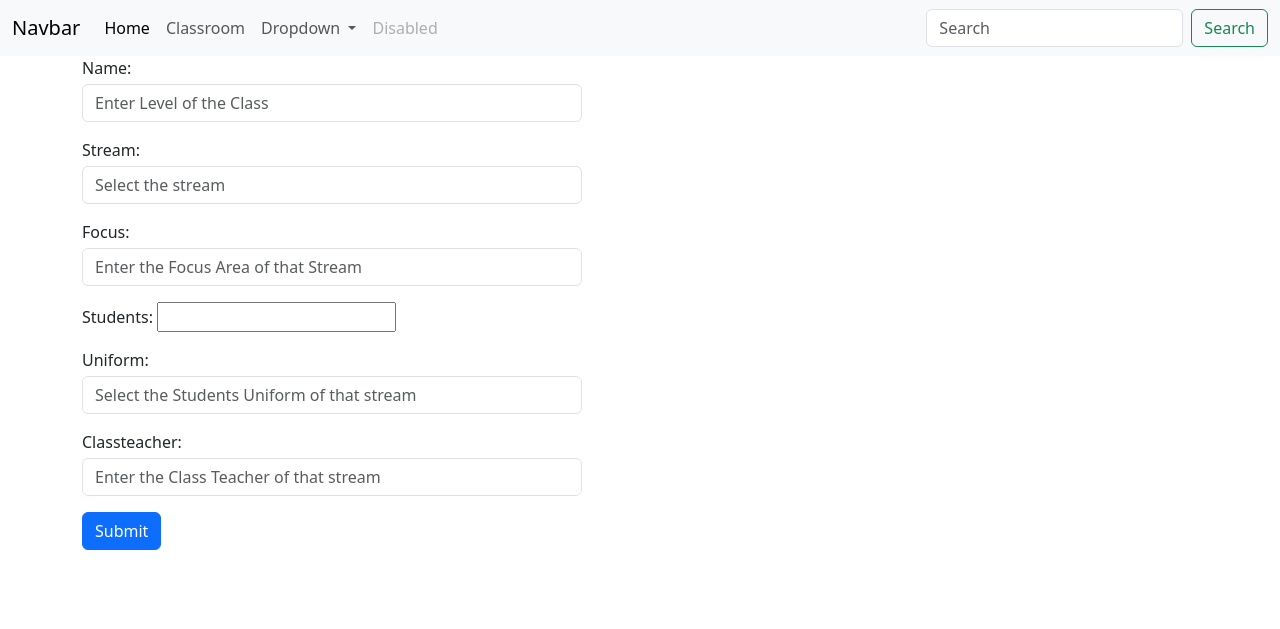
Repository: Mbote-Joseph/Django-Recap
Page: http://localhost/classroom/add
An editor plug-in stored every save of this project. The page is shown before and after the next save, followed by the edit.
The browser window is 1280 px wide. The pictures show the whole page.
The page is served by the project's application, run on Django 5.2 (manage.py). Other server files are loaded and not shown.

Above is the page before, as saved 2025-12-15 21:35:07.

### school/classroom/templates/classroom/classroomform.html
{% extends 'base.html' %}

{% block content %}

<div class="container">
    <form method="post">
        {% csrf_token %}
        {{ form.as_p }}
        <button type="submit" class="btn btn-primary">Submit</button>
    </form>
</div>

{% endblock %}

### school/static/templates/base.html
<!doctype html>
<html lang="en">
  <head>
    <meta charset="utf-8">
    <meta name="viewport" content="width=device-width, initial-scale=1">
    <title> {{title}}</title>
    <link href="https://cdn.jsdelivr.net/npm/bootstrap@5.3.8/dist/css/bootstrap.min.css" rel="stylesheet" integrity="sha384-sRIl4kxILFvY47J16cr9ZwB07vP4J8+LH7qKQnuqkuIAvNWLzeN8tE5YBujZqJLB" crossorigin="anonymous">
  </head>
  <body>
    <nav class="navbar navbar-expand-lg bg-body-tertiary">
      <div class="container-fluid">
        <a class="navbar-brand" href="{% url 'home' %}" >Navbar</a>
        <button class="navbar-toggler" type="button" data-bs-toggle="collapse" data-bs-target="#navbarSupportedContent" aria-controls="navbarSupportedContent" aria-expanded="false" aria-label="Toggle navigation">
          <span class="navbar-toggler-icon"></span>
        </button>
        <div class="collapse navbar-collapse" id="navbarSupportedContent">
          <ul class="navbar-nav me-auto mb-2 mb-lg-0">
            <li class="nav-item">
              <a class="nav-link active" aria-current="page" href="{% url 'home' %}">Home</a>
            </li>
            <li class="nav-item">
              <a class="nav-link" href="{% url 'classroom' %}" >Classroom</a>
            </li>
            <li class="nav-item dropdown">
              <a class="nav-link dropdown-toggle" href="#" role="button" data-bs-toggle="dropdown" aria-expanded="false">
                Dropdown
              </a>
              <ul class="dropdown-menu">
                <li><a class="dropdown-item" href="#">Action</a></li>
                <li><a class="dropdown-item" href="#">Another action</a></li>
                <li><hr class="dropdown-divider"></li>
                <li><a class="dropdown-item" href="#">Something else here</a></li>
              </ul>
            </li>
            <li class="nav-item">
              <a class="nav-link disabled" aria-disabled="true">Disabled</a>
            </li>
          </ul>
          <form class="d-flex" role="search">
            <input class="form-control me-2" type="search" placeholder="Search" aria-label="Search"/>
            <button class="btn btn-outline-success" type="submit">Search</button>
          </form>
        </div>
      </div>
    </nav>
    {% block content%}


    {% endblock %}


    <script src="https://cdn.jsdelivr.net/npm/bootstrap@5.3.8/dist/js/bootstrap.bundle.min.js" integrity="sha384-FKyoEForCGlyvwx9Hj09JcYn3nv7wiPVlz7YYwJrWVcXK/BmnVDxM+D2scQbITxI" crossorigin="anonymous"></script>
  </body>
</html>

### school/classroom/forms.py
# Copyright 2025 josephmbote
#
# Licensed under the Apache License, Version 2.0 (the "License");
# you may not use this file except in compliance with the License.
# You may obtain a copy of the License at
#
#     https://www.apache.org/licenses/LICENSE-2.0
#
# Unless required by applicable law or agreed to in writing, software
# distributed under the License is distributed on an "AS IS" BASIS,
# WITHOUT WARRANTIES OR CONDITIONS OF ANY KIND, either express or implied.
# See the License for the specific language governing permissions and
# limitations under the License.

from django import forms
from .models import ClassRoom

class ClassroomForm(forms.ModelForm):
    class Meta:
        model = ClassRoom
        fields = ('name', 'stream','focus','students', 'uniform', 'classteacher')
        widgets = {
            'name': forms.TextInput(attrs={"class": "form-control my-1", 'placeholder': 'Enter Level of the Class', 'style': 'max-width:500px'}),
            'stream': forms.TextInput(attrs={"class": "form-control my-1", 'placeholder': 'Select the stream', 'style':'max-width:500px'}),
            'focus': forms.TextInput(attrs={'class':'form-control my-1', 'placeholder':'Enter the Focus Area of that Stream', 'style':'max-width:500px'}),
            'uniform': forms.TextInput(attrs={
                'class': 'form-control my-1',
                'placeholder': 'Select the Students Uniform of that stream',
                'style': 'max-width:500px'
            }),
            'classteacher': forms.TextInput(attrs={
                'class': 'form-control my-1',
                'placeholder': 'Enter the Class Teacher of that stream',
                'style': 'max-width:500px'
            })
        }

### school/classroom/models.py
from django.db import models

# Create your models here.
class ClassRoom(models.Model):
    FOCUS_AREA = {
        ('Sciences', 'Sciences'),
        ('Sports', 'Sports'),
        ('Languages', 'Languages'),
    }

    STREAM = {
        ('Red', 'Red'),
        ('Green', 'Green'),
        ('Blue', 'Blue'),
        ('Yellow', 'Yellow'),
    }
    COLOR = {
        ('Black', 'Black'),
        ('Grey', 'Grey'),
        ('White', 'White')
    }
    name = models.CharField(max_length=100)
    stream = models.CharField(max_length=100, choices= STREAM)
    focus = models.CharField(max_length=100, choices=FOCUS_AREA)
    students = models.IntegerField()
    uniform = models.CharField(max_length=100, choices=COLOR)
    classteacher = models.CharField(max_length=100)

### school/classroom/views.py
from django.shortcuts import render
from django.views.generic import ListView, DetailView, CreateView, UpdateView, TemplateView, DeleteView
from django import template
# Create your views here.
from classroom.forms import ClassroomForm
from classroom.models import ClassRoom

# class ClassRoomView(TemplateView):
#     template_name = "classroom/classroom.html"
#     extra_context = {
#         'title': 'Classroom Page'
#     }

class ClassroomListView(ListView):
    model = ClassRoom
    context_object_name = 'classrooms'
    template_name = 'classroom/classroom.html'
    extra_context = {
        'title': 'Classroom Page'
    }

class ClassRoomDetailsView(DetailView):
    model = ClassRoom
    context_object_name = 'classroom'
    template_name = 'classroom/classroomdetails.html'
    extra_context = {
        'title': 'Classroom Details'
    }

class ClassroomCreate(CreateView):
    model = ClassRoom
    form_class = ClassroomForm
    template_name = "classroom/classroomform.html"
    success_url = "/classroom"
    extra_context = {
        'title': "Classroom Data Form"
    }


class ClassroomEdit(UpdateView):
    model = ClassRoom
    form_class = ClassroomForm
    # context_object_name = 'classroom'
    template_name = "classroom/classroomform.html"
    success_url = "/classroom"
    extra_context = {
        'title': "Classroom Data Form"
    }

class ClassroomDelete(DeleteView):
    model = ClassRoom
    context_object_name = 'classroom'
    template_name = 'classroom/classroom_confirm_delete.html'
    extra_context = {
        'title': 'Classroom Delete Page'
    }
    success_url = "/classroom"

### school/school/urls.py
"""
URL configuration for school project.

The `urlpatterns` list routes URLs to views. For more information please see:
    https://docs.djangoproject.com/en/6.0/topics/http/urls/
Examples:
Function views
    1. Add an import:  from my_app import views
    2. Add a URL to urlpatterns:  path('', views.home, name='home')
Class-based views
    1. Add an import:  from other_app.views import Home
    2. Add a URL to urlpatterns:  path('', Home.as_view(), name='home')
Including another URLconf
    1. Import the include() function: from django.urls import include, path
    2. Add a URL to urlpatterns:  path('blog/', include('blog.urls'))
"""
from django.contrib import admin
from django.urls import path, include


urlpatterns = [
    path('admin/', admin.site.urls),
    path('home', include('home.urls')),
    path('classroom', include('classroom.urls'))

]

### school/home/urls.py
# Copyright 2025 josephmbote
#
# Licensed under the Apache License, Version 2.0 (the "License");
# you may not use this file except in compliance with the License.
# You may obtain a copy of the License at
#
#     https://www.apache.org/licenses/LICENSE-2.0
#
# Unless required by applicable law or agreed to in writing, software
# distributed under the License is distributed on an "AS IS" BASIS,
# WITHOUT WARRANTIES OR CONDITIONS OF ANY KIND, either express or implied.
# See the License for the specific language governing permissions and
# limitations under the License.

from django.urls import path
from .views import HomeView
urlpatterns = [
    path('', HomeView.as_view(), name="home")
]

### school/classroom/urls.py
from classroom.views import ClassRoomDetailsView, ClassroomCreate, ClassroomListView
# Copyright 2025 josephmbote
#
# Licensed under the Apache License, Version 2.0 (the "License");
# you may not use this file except in compliance with the License.
# You may obtain a copy of the License at
#
#     https://www.apache.org/licenses/LICENSE-2.0
#
# Unless required by applicable law or agreed to in writing, software
# distributed under the License is distributed on an "AS IS" BASIS,
# WITHOUT WARRANTIES OR CONDITIONS OF ANY KIND, either express or implied.
# See the License for the specific language governing permissions and
# limitations under the License.

from django.urls import path
from .views import ClassroomDelete, ClassroomEdit, ClassroomListView, ClassRoomDetailsView


urlpatterns = [
    path('', ClassroomListView.as_view(), name="classroom" ),
    path('/<int:pk>', ClassRoomDetailsView.as_view(), name="classroom.details"),
    path('/add', ClassroomCreate.as_view(), name ="class.add"),
    path('/<int:pk>/edit', ClassroomEdit.as_view(), name="classroom.edit"),
    path('/<int:pk>/delete', ClassroomDelete.as_view(), name="classroom.delete")
]

After the next save:
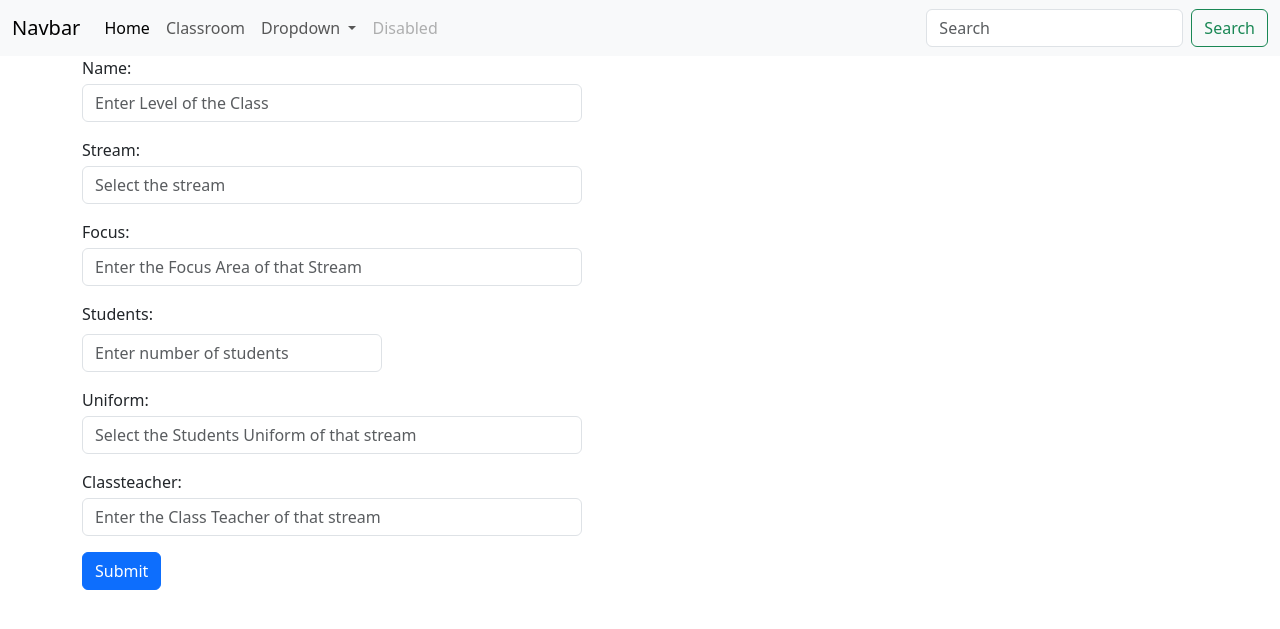
Saved 2 min 12 s later.
--- a/school/classroom/forms.py
+++ b/school/classroom/forms.py
@@ -23,6 +23,13 @@ class ClassroomForm(forms.ModelForm):
             'name': forms.TextInput(attrs={"class": "form-control my-1", 'placeholder': 'Enter Level of the Class', 'style': 'max-width:500px'}),
             'stream': forms.TextInput(attrs={"class": "form-control my-1", 'placeholder': 'Select the stream', 'style':'max-width:500px'}),
             'focus': forms.TextInput(attrs={'class':'form-control my-1', 'placeholder':'Enter the Focus Area of that Stream', 'style':'max-width:500px'}),
+            'students': forms.NumberInput(attrs={
+                'class': 'form-control my-2',
+                'placeholder': 'Enter number of students',
+                'style': 'max-width: 300px;',
+                'min': 1,
+                'max': 60
+            }),
             'uniform': forms.TextInput(attrs={
                 'class': 'form-control my-1',
                 'placeholder': 'Select the Students Uniform of that stream',
